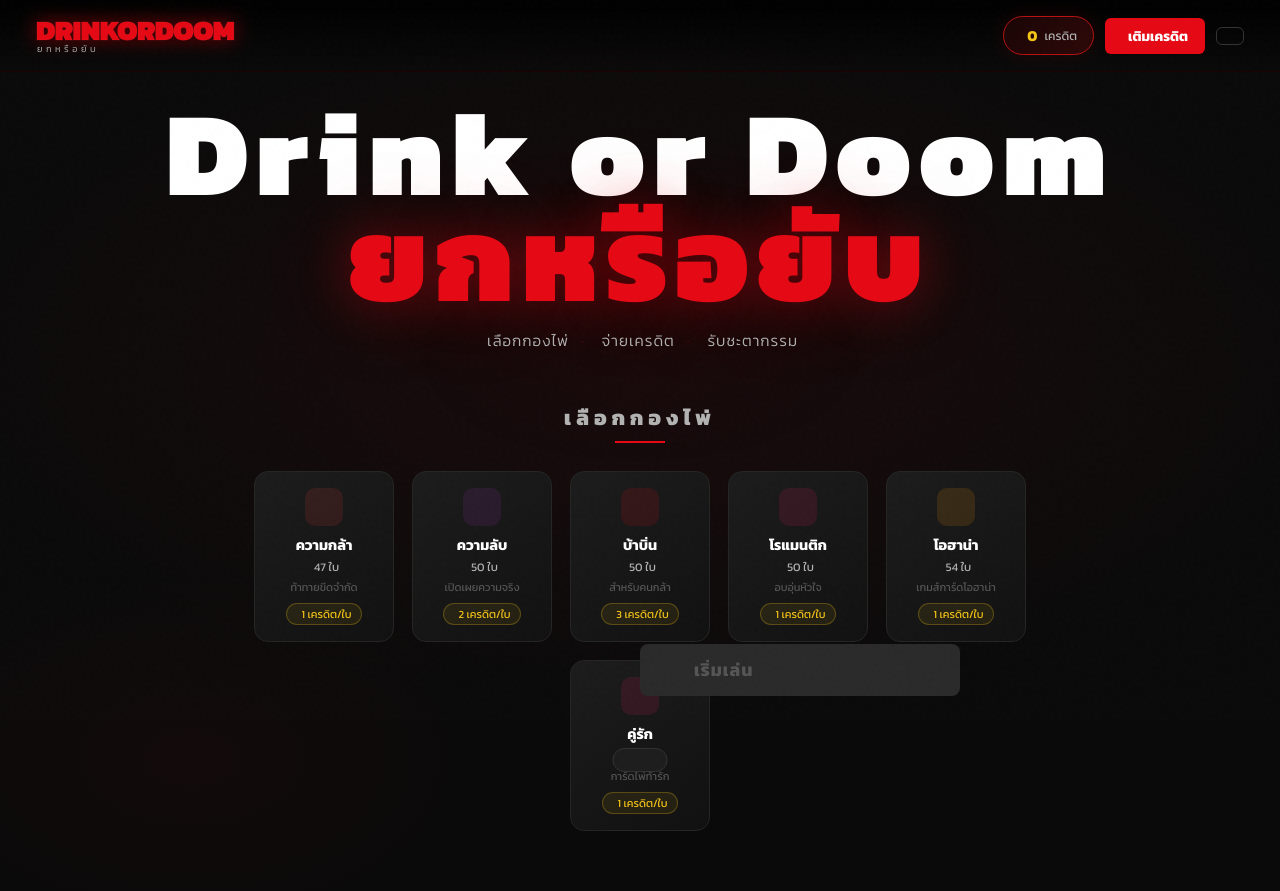
Repository: nuthiokhaw99/Drink-or-Doom.github.io
Page: index.html
An editor plug-in stored every save of this project. The page is shown before and after the next save, followed by the edit.
The browser window is 1280 px wide. The pictures show the whole page.
Some icons come from a web library that is not loaded, so they are not drawn.

Above is the page before, as saved 2026-03-25 00:44:48.

### index.html
<!DOCTYPE html>
<html lang="th">
<head>
<meta charset="UTF-8">
<meta name="viewport" content="width=device-width, initial-scale=1.0">
<title>DEALSHOT — ไพ่วงเหล้า</title>

<!-- Fonts -->
<link href="https://fonts.googleapis.com/css2?family=Kanit:ital,wght@0,300;0,400;0,600;0,700;0,800;0,900;1,400&display=swap" rel="stylesheet">

<!-- Flaticon Uicons -->
<link rel="stylesheet" href="https://cdn-uicons.flaticon.com/2.6.0/uicons-solid-rounded/css/uicons-solid-rounded.css">
<link rel="stylesheet" href="https://cdn-uicons.flaticon.com/2.6.0/uicons-regular-rounded/css/uicons-regular-rounded.css">
<link rel="stylesheet" href="https://cdn-uicons.flaticon.com/2.6.0/uicons-brands/css/uicons-brands.css">

<!-- Styles -->
<link rel="stylesheet" href="css/main.css">
<link rel="stylesheet" href="css/components.css">
<link rel="stylesheet" href="css/admin.css">
</head>
<body>

<header class="hdr">
  <div class="logo" onclick="goHome()">
    <div class="logo-wordmark">
      <span class="logo-main">DRINKORDOOM</span>
      <span class="logo-sub">ยกหรือยับ</span>
    </div>
  </div>
  <div class="hdr-r">
    <div class="credit-pill" onclick="openTopup()">
      <i class="fi fi-sr-coins" style="color:var(--gold);font-size:.95rem;"></i>
      <span class="amt" id="cr-disp">0</span>
      <span class="lbl">เครดิต</span>
    </div>
    <button class="btn-topup" onclick="openTopup()">
      <i class="fi fi-sr-plus"></i><span class="lbl-txt">เติมเครดิต</span>
    </button>
        <button class="btn-ghost" id="btn-admin" onclick="showAdmin()">
        <i class="fi fi-sr-tools"></i>
        </button>
  </div>
</header>

<!-- ============ HOME SCREEN ============ -->
<div id="home-screen">
  <section class="hero">
    <div class="big-title"><div>Drink or Doom</div><div class="r">ยกหรือยับ</div></div>
    <p class="hero-sub">
      <span class="chip"><i class="fi fi-sr-layers" style="color:var(--red);font-size:.85rem;"></i> เลือกกองไพ่</span>
      <span class="sep">·</span>
      <span class="chip"><i class="fi fi-sr-coins" style="color:var(--gold);font-size:.85rem;"></i> จ่ายเครดิต</span>
      <span class="sep">·</span>
      <span class="chip"><i class="fi fi-sr-bolt" style="color:var(--red);font-size:.85rem;"></i> รับชะตากรรม</span>
    </p>
    <p class="sec-label">เลือกกองไพ่</p>
    <div class="deck-grid-wrap">
      <div class="deck-grid" id="deck-grid"></div>
      <button class="btn-play" id="btn-play" onclick="startGame()" disabled>
        <i class="fi fi-sr-play"></i> เริ่มเล่น
      </button>
    </div>
  </section>
</div>

<!-- ============ GAME SCREEN ============ -->
<div id="game-screen">
  <div class="game-hdr">
    <div style="display:flex;align-items:center;gap:14px;">
      <button class="btn-ghost" onclick="goHome()"><i class="fi fi-sr-angle-left"></i> กลับ</button>
      <div class="g-deck-info">
        <div class="g-deck-ico" id="g-ico-wrap"><i id="g-ico" class="fi fi-sr-flame"></i></div>
        <div>
          <div class="g-nm" id="g-nm"></div>
          <div class="g-rm"><i class="fi fi-rr-copy" style="font-size:.7rem;opacity:.5;"></i><span id="g-rm"></span></div>
        </div>
      </div>
    </div>
    <div style="display:flex;align-items:center;gap:10px;">
      <!-- โหมด toggle -->
      <div class="layout-toggle">
        <button class="lt-btn act" id="lt-scatter" onclick="setLayout('scatter')" title="กระจายเละ">
          <i class="fi fi-sr-shuffle"></i>
        </button>
        <button class="lt-btn" id="lt-stack" onclick="setLayout('stack')" title="เรียงตับ">
          <i class="fi fi-sr-layers"></i>
        </button>
      </div>
      <div class="g-layout-label" id="g-layout-label">แบบกระจาย</div>
    </div>
  </div>
  <div class="table-area">
    <div class="cards-wrap" id="cards-wrap"></div>
    <div class="cost-hint">
      <i class="fi fi-rr-cursor" style="opacity:.6;"></i>
      แตะการ์ดเพื่อเปิด · ใช้ <span class="hl" id="cost-show">1</span> เครดิต/ใบ
    </div>
  </div>
</div>

<!-- ============ ADMIN SCREEN ============ -->
<div id="admin-screen">
  <div class="adm-hdr">
    <div>
      <div class="adm-ttl"><i class="fi fi-sr-settings-sliders" style="color:var(--red);"></i> <span class="r">ADMIN</span> PANEL</div>
      <div class="adm-sub">จัดการไพ่และกองไพ่ทั้งหมด</div>
    </div>
    <button class="btn-ghost" onclick="goHome()"><i class="fi fi-sr-home"></i> หน้าหลัก</button>
  </div>
  <div class="tabs">
    <button class="tab act" onclick="switchTab('decks',0)"><i class="fi fi-sr-layers"></i> กองไพ่</button>
    <button class="tab" onclick="switchTab('cards',1)"><i class="fi fi-sr-pencil"></i> แก้ไขไพ่</button>
    <button class="tab" onclick="switchTab('settings',2)"><i class="fi fi-sr-settings"></i> ตั้งค่า</button>
    <button class="tab" onclick="switchTab('sheet',3)"><i class="fi fi-sr-table"></i> Spreadsheet</button>
  </div>

  <!-- Tab: Decks -->
  <div class="tab-content act" id="tc-decks">
    <div class="deck-list-adm" id="adm-deck-list"></div>
    <button class="btn-add" onclick="openDeckForm()"><i class="fi fi-sr-plus"></i> เพิ่มกองไพ่ใหม่</button>
  </div>

  <!-- Tab: Cards -->
  <div class="tab-content" id="tc-cards">
    <div style="display:flex;align-items:center;gap:10px;margin-bottom:16px;">
      <label style="color:var(--text2);font-size:.85rem;display:flex;align-items:center;gap:6px;">
        <i class="fi fi-sr-layers"></i> กองไพ่:
      </label>
      <select class="fc" id="adm-deck-sel" style="width:200px" onchange="loadCE()"></select>
    </div>
    <div class="card-editor-box">
      <h3 id="ce-title"><i class="fi fi-sr-layers" style="color:var(--red);"></i> เลือกกองไพ่ก่อน</h3>
      <div class="card-list-ed" id="card-list-ed"></div>
      <button class="btn-add-card" onclick="addCRow()"><i class="fi fi-sr-plus"></i> เพิ่มไพ่</button>
    </div>
    <div style="display:flex;justify-content:flex-end;margin-top:14px;">
      <button class="btn-save" onclick="saveCards()"><i class="fi fi-sr-disk"></i> บันทึก</button>
    </div>
  </div>

  <!-- Tab: Settings -->
  <div class="tab-content" id="tc-settings">
    <div class="sheet-sec">
      <h3><i class="fi fi-sr-settings" style="color:var(--red);"></i> ตั้งค่าระบบ</h3>
      <p>กำหนดเครดิตเริ่มต้นและชื่อเว็บ</p>
      <div class="fg"><label><i class="fi fi-sr-coins"></i> เครดิตเริ่มต้น (ทดสอบ)</label><input type="number" class="fc" id="st-cr" value="10"></div>
      <div class="fg"><label><i class="fi fi-sr-tag"></i> ชื่อเว็บ</label><input type="text" class="fc" id="st-nm" value="DEALSHOT"></div>
      <div class="fg">
        <label><i class="fi fi-sr-flask"></i> โหมดทดสอบ</label>
        <select class="fc" id="st-test"><option value="1">เปิด</option><option value="0">ปิด</option></select>
      </div>
      <button class="btn-save" onclick="saveSettings()"><i class="fi fi-sr-disk"></i> บันทึก</button>
    </div>
  </div>

  <!-- Tab: Spreadsheet -->
  <div class="tab-content" id="tc-sheet">
    <div class="sheet-sec">
      <h3><i class="fi fi-brands-google" style="color:var(--red);"></i> เชื่อม Google Spreadsheet</h3>
      <p>ใส่ URL ของ Google Sheets (Share → Anyone with link can view)</p>
      <div class="sheet-row">
        <input type="text" class="sh-inp" id="sheet-url" placeholder="https://docs.google.com/spreadsheets/d/...">
        <button class="btn-conn" onclick="connectSheet()"><i class="fi fi-sr-link"></i> เชื่อมต่อ</button>
      </div>
      <div style="margin-top:16px;padding:14px;background:#1a1a1a;border-radius:8px;font-size:.8rem;color:var(--text2);line-height:2;">
        <strong style="color:#fff;display:flex;align-items:center;gap:6px;margin-bottom:4px;">
          <i class="fi fi-sr-info" style="color:var(--red);"></i> รูปแบบ Sheet ที่รองรับ:
        </strong>
        Sheet 1: <code style="color:var(--gold);">decks</code> — id | name | icon | theme | cost_per_card | description<br>
        Sheet 2: <code style="color:var(--gold);">cards</code> — deck_id | category | text
      </div>
    </div>
    <div class="sheet-sec">
      <h3><i class="fi fi-sr-database" style="color:var(--red);"></i> Export / Import</h3>
      <p>สำรองหรือนำเข้าข้อมูลไพ่ทั้งหมด</p>
      <div style="display:flex;gap:10px;flex-wrap:wrap;">
        <button class="btn-conn" onclick="exportData()"><i class="fi fi-sr-download"></i> Export JSON</button>
        <button class="btn-conn ghost" onclick="importData()"><i class="fi fi-sr-upload"></i> Import JSON</button>
        <button class="btn-conn ghost" onclick="resetData()"><i class="fi fi-sr-rotate-left"></i> รีเซ็ต</button>
      </div>
      <input type="file" id="imp-file" accept=".json" style="display:none" onchange="handleImport(event)">
    </div>
  </div>
</div>

<!-- ============ RESULT MODAL ============ -->
<div class="overlay" id="res-overlay">
  <div class="res-card">
    <div class="res-deck-lbl" id="res-dlbl"></div>
    <div class="res-ico-wrap" id="res-ico-wrap"><i id="res-ico" class="fi fi-sr-flame"></i></div>
    <div class="res-cat" id="res-cat"></div>
    <div class="res-txt" id="res-txt"></div>
    <div class="res-acts">
      <button class="btn-close-r" onclick="closeRes()"><i class="fi fi-sr-cross"></i> ปิด</button>
      <button class="btn-next" onclick="closeRes()">ไพ่ใบต่อไป <i class="fi fi-sr-arrow-right"></i></button>
    </div>
  </div>
</div>

<!-- ============ TOP-UP MODAL ============ -->
<div class="overlay" id="topup-overlay">
  <div class="modal-box">
    <button class="modal-x" onclick="closeTopup()"><i class="fi fi-sr-cross"></i></button>
    <div class="modal-ttl"><i class="fi fi-sr-coins" style="color:var(--gold);"></i> เติม<span class="r">เครดิต</span></div>
    <div class="modal-sub">เลือกแพ็กเกจที่ต้องการ</div>
    <div class="topup-grid">
      <div class="topup-opt" onclick="selPkg(this,10)">
        <div class="coins"><i class="fi fi-sr-coins"></i> 10</div><div class="price">฿29</div>
      </div>
      <div class="topup-opt" onclick="selPkg(this,30)">
        <div class="coins"><i class="fi fi-sr-coins"></i> 30</div><div class="price">฿79</div>
        <div class="bonus"><i class="fi fi-sr-plus"></i> +5 โบนัส</div>
      </div>
      <div class="topup-opt" onclick="selPkg(this,60)">
        <div class="coins"><i class="fi fi-sr-coins"></i> 60</div><div class="price">฿149</div>
        <div class="bonus"><i class="fi fi-sr-plus"></i> +15 โบนัส</div>
      </div>
      <div class="topup-opt" onclick="selPkg(this,150)">
        <div class="coins"><i class="fi fi-sr-coins"></i> 150</div><div class="price">฿349</div>
        <div class="bonus"><i class="fi fi-sr-star"></i> +50 โบนัส</div>
      </div>
    </div>
    <div class="coming-banner">
      <strong><i class="fi fi-sr-triangle-warning"></i> ระบบชำระเงินกำลังพัฒนา</strong>
      <span style="font-size:.75rem;">กด "รับฟรี" ด้านล่างเพื่อทดสอบ</span>
    </div>
    <button class="btn-free" onclick="freeCredit()"><i class="fi fi-sr-gift"></i> รับฟรี 10 เครดิต (ทดสอบ)</button>
  </div>
</div>

<!-- ============ DECK FORM MODAL ============ -->
<div class="form-overlay" id="deck-form-ov">
  <div class="form-box">
    <button class="form-x" onclick="closeDeckForm()"><i class="fi fi-sr-cross"></i></button>
    <h3 id="df-title"><i class="fi fi-sr-layers" style="color:var(--red);"></i> เพิ่มกองไพ่ใหม่</h3>
    <div class="fg"><label><i class="fi fi-sr-tag"></i> ชื่อกองไพ่</label><input class="fc" id="df-name" placeholder="เช่น ความกล้า"></div>
    <div class="fg">
      <label><i class="fi fi-sr-apps"></i> Flaticon Uicons (เช่น fi-sr-flame)</label>
      <input class="fc" id="df-icon" placeholder="fi-sr-flame">
    </div>
    <div class="fg">
      <label><i class="fi fi-sr-palette"></i> ธีมสี</label>
      <select class="fc" id="df-theme">
        <option value="fire">ไฟ — แดง</option>
        <option value="magic">เวทมนตร์ — ม่วง</option>
        <option value="skull">กะโหลก — แดงเข้ม</option>
        <option value="heart">หัวใจ — ชมพู</option>
        <option value="star">ดาว — ทอง</option>
        <option value="bolt">ฟ้าผ่า — ส้ม</option>
        <option value="default">ค่าเริ่มต้น — เทา</option>
      </select>
    </div>
    <div class="fg"><label><i class="fi fi-sr-align-left"></i> คำอธิบาย</label><input class="fc" id="df-desc" placeholder="คำอธิบายสั้นๆ"></div>
    <div class="fg"><label><i class="fi fi-sr-coins"></i> ค่าเครดิต/ใบ</label><input class="fc" type="number" id="df-cost" value="1" min="0"></div>
    <div class="form-acts">
      <button class="btn-cancel" onclick="closeDeckForm()"><i class="fi fi-sr-cross"></i> ยกเลิก</button>
      <button class="btn-save" onclick="saveDeck()"><i class="fi fi-sr-disk"></i> บันทึก</button>
    </div>
  </div>
</div>

<!-- ============ TOAST ============ -->
<div class="toast" id="toast">
  <i id="toast-ico" class="fi fi-sr-check-circle" style="color:#4caf50;"></i>
  <span id="toast-msg"></span>
</div>

<!-- ============ SCRIPTS ============ -->
<!-- โหลด db.js ก่อน เพราะไฟล์อื่นใช้ DB -->
<script src="js/db.js"></script>
<script src="js/admin-keys.js"></script>
<script src="js/payment.js"></script>
<script src="js/api.js"></script>
<script src="js/components.js"></script>
<script src="js/admin.js"></script>
<script src="js/app.js"></script>
</body>
</html>

### css/main.css
/* =========================================
   main.css — Base styles, variables, layout
   ========================================= */

:root {
  --bg: #0a0a0a;
  --bg2: #111;
  --bg3: #1a1a1a;
  --red: #e50914;
  --red2: #b81213;
  --red3: #ff1a24;
  --gold: #f5c518;
  --text: #fff;
  --text2: #b3b3b3;
  --text3: #555;
  --glow: rgba(229, 9, 20, 0.35);
}

* { margin: 0; padding: 0; box-sizing: border-box; }

body {
  background: var(--bg);
  color: var(--text);
  font-family: "Kanit", sans-serif;
  min-height: 100vh;
  overflow-x: hidden;
}

/* Grain overlay */
body::before {
  content: "";
  position: fixed;
  inset: 0;
  background-image: url("data:[embedded picture, 298 characters]");
  pointer-events: none;
  z-index: 9998;
  opacity: .35;
}

/* ---- DECK ICON COLOR THEMES ---- */
.th-fire    { background: rgba(229,57,53,.13);  color: #ef5350; }
.th-magic   { background: rgba(156,39,176,.13);  color: #ce93d8; }
.th-skull   { background: rgba(229,9,20,.13);    color: var(--red); }
.th-heart   { background: rgba(233,30,99,.13);   color: #f06292; }
.th-star    { background: rgba(245,197,24,.13);  color: var(--gold); }
.th-bolt    { background: rgba(255,152,0,.13);   color: #ffa726; }
.th-default { background: rgba(255,255,255,.06); color: var(--text2); }

/* ---- HEADER ---- */
.hdr {
  display: flex; align-items: center; justify-content: space-between;
  padding: 16px 36px;
  position: fixed; top: 0; left: 0; right: 0; z-index: 200;
  background: linear-gradient(180deg, rgba(0,0,0,.96) 0%, transparent 100%);
  border-bottom: 1px solid rgba(229,9,20,.12);
}
.logo {
  display: flex; align-items: center;
  cursor: pointer; text-decoration: none;
  user-select: none;
}

/* Netflix-style wordmark */
.logo-wordmark {
  display: flex;
  flex-direction: column;
  line-height: 1;
  gap: 1px;
}

.logo-main {
  font-family: "Kanit", sans-serif;
  font-weight: 900;
  font-size: 1.75rem;
  color: var(--red);
  letter-spacing: -0.5px;   /* Netflix แน่น ไม่ห่าง */
  text-transform: uppercase;
  /* เงา glow แบบ Netflix */
  text-shadow:
    0 0 20px rgba(229,9,20,.6),
    0 2px 4px rgba(0,0,0,.8);
  /* ขอบบางๆ ให้ดู solid */
  -webkit-text-stroke: 0.5px rgba(255,60,60,.3);
  transition: text-shadow .2s;
}

.logo-sub {
  font-family: "Kanit", sans-serif;
  font-weight: 300;
  font-size: .58rem;
  color: var(--text2);
  letter-spacing: 3.5px;
  text-transform: uppercase;
  padding-left: 1px;
}

.logo:hover .logo-main {
  text-shadow:
    0 0 30px rgba(229,9,20,.9),
    0 0 60px rgba(229,9,20,.4),
    0 2px 4px rgba(0,0,0,.8);
}

/* ลบ class เก่าที่ไม่ใช้แล้ว */
.logo-ico { display: none; }
.logo-txt { display: none; }
.hdr-r { display: flex; align-items: center; gap: 11px; }

/* ---- CREDIT PILL ---- */
.credit-pill {
  display: flex; align-items: center; gap: 7px;
  background: linear-gradient(135deg, #1a0505, #2d0808);
  border: 1px solid var(--red2); border-radius: 30px;
  padding: 7px 16px; cursor: pointer; transition: .2s;
  box-shadow: 0 0 18px rgba(229,9,20,.12);
}
.credit-pill:hover { border-color: var(--red); box-shadow: 0 0 24px var(--glow); }
.credit-pill .amt  { color: var(--gold); font-weight: 700; font-size: .95rem; }
.credit-pill .lbl  { color: var(--text2); font-size: .75rem; }

/* ---- BUTTONS ---- */
.btn-topup {
  background: var(--red); color: #fff; border: none;
  padding: 8px 17px; border-radius: 6px;
  font-family: "Kanit", sans-serif; font-weight: 700; font-size: .85rem;
  cursor: pointer; transition: .2s;
  display: flex; align-items: center; gap: 6px;
  white-space: nowrap;   /* เพิ่ม — ไม่ตัดบรรทัด */
  flex-shrink: 0;        /* เพิ่ม — ไม่ให้หด */
}
.btn-topup:hover { background: var(--red3); transform: translateY(-1px); box-shadow: 0 4px 18px var(--glow); }

.btn-ghost {
  background: transparent; color: var(--text2); border: 1px solid #333;
  padding: 8px 13px; border-radius: 6px;
  font-family: "Kanit", sans-serif; font-size: .82rem;
  cursor: pointer; transition: .2s;
  display: flex; align-items: center; gap: 6px;
}
.btn-ghost:hover { border-color: var(--text2); color: #fff; }

/* ---- HERO ---- */
.hero {
  min-height: 100vh; display: flex; flex-direction: column;
  align-items: center; justify-content: center;
  padding: 100px 20px 60px; position: relative;
}
.hero::before {
  content: ""; position: absolute; inset: 0;
  background:
    radial-gradient(ellipse 80% 55% at 50% 40%, rgba(229,9,20,.07) 0%, transparent 70%),
    radial-gradient(ellipse 40% 35% at 15% 85%, rgba(229,9,20,.04) 0%, transparent 60%);
}
.big-title {
  font-family: "Kanit", sans-serif; font-weight: 900;
  font-size: clamp(3.5rem, 10vw, 7.5rem);
  letter-spacing: 8px; text-align: center; line-height: .88; position: relative; z-index: 1;
}
.big-title .r { color: var(--red); text-shadow: 0 0 50px var(--glow), 0 0 100px rgba(229,9,20,.2); }
.hero-sub {
  color: var(--text2); font-size: .95rem; font-weight: 300; letter-spacing: 1px;
  margin: 18px 0 50px; position: relative; z-index: 1;
  display: flex; align-items: center; gap: 12px; flex-wrap: wrap; justify-content: center;
}
.hero-sub .chip { display: flex; align-items: center; gap: 5px; }
.hero-sub .sep  { color: var(--red); opacity: .4; }
.sec-label {
  font-family: "Kanit", sans-serif; font-weight: 800; font-size: 1.3rem;
  letter-spacing: 5px; color: var(--text2); text-align: center;
  margin-bottom: 28px; position: relative; z-index: 1;
}
.sec-label::after { content: ""; display: block; width: 50px; height: 2px; background: var(--red); margin: 8px auto 0; }

/* ---- DECK GRID ---- */
.deck-grid {
  display: flex; flex-wrap: wrap; gap: 18px; justify-content: center;
  position: relative; z-index: 1; max-width: 900px;
}
.deck-card {
  background: linear-gradient(145deg, #1c1c1c, #111);
  border: 1px solid #252525; border-radius: 14px;
  padding: 16px 18px;        /* ลดจาก 24px 28px */
  cursor: pointer;
  transition: all .3s cubic-bezier(.23,1,.32,1);
  position: relative; overflow: hidden;
  min-width: 140px;          /* ลดจาก 188px */
  text-align: center;
}
.deck-card::before {
  content: ""; position: absolute; top: 0; left: 0; right: 0; height: 2px;
  background: linear-gradient(90deg, transparent, var(--red), transparent);
  opacity: 0; transition: opacity .3s;
}
.deck-card:hover             { border-color: var(--red2); transform: translateY(-5px); box-shadow: 0 18px 44px rgba(229,9,20,.18); }
.deck-card:hover::before,
.deck-card.sel::before       { opacity: 1; }
.deck-card.sel               { border-color: var(--red); box-shadow: 0 0 28px var(--glow); background: linear-gradient(145deg, #1f0505, #130303); }
.d-ico-wrap {
  width: 38px; height: 38px;  /* ลดจาก 50px */
  border-radius: 10px;
  display: flex; align-items: center; justify-content: center;
  margin: 0 auto 8px;         /* ลดจาก 12px */
  font-size: 1.1rem;          /* ลดจาก 1.5rem */
}

.d-name { font-weight: 700; font-size: .9rem; margin-bottom: 2px; }  /* ลดจาก 1.05rem */
.d-cnt  { color: var(--text2); font-size: .72rem; display: flex; align-items: center; gap: 5px; justify-content: center; margin-top: 2px; }
.d-desc { color: var(--text3); font-size: .68rem; margin-top: 3px; }
.d-cost { display: inline-flex; align-items: center; gap: 5px; background: rgba(245,197,24,.08); border: 1px solid rgba(245,197,24,.25); border-radius: 20px; padding: 2px 9px; font-size: .68rem; color: var(--gold); margin-top: 8px; }
.btn-play {
  background: var(--red); color: #fff; border: none;
  padding: 13px 44px; border-radius: 8px;
  font-family: "Kanit", sans-serif; font-weight: 700; font-size: 1.1rem;
  cursor: pointer; margin-top: 0;   /* ลดจาก 40px */
  letter-spacing: 1px; transition: .25s;
  position: fixed; z-index: 100;
  box-shadow: 0 4px 28px var(--glow);
  display: inline-flex; align-items: center; gap: 10px;

  width: min(320px, 80vw);
  bottom: 24px;
  left: 50%;
  transform: translateX(-50%);
}
.btn-play:hover    { background: var(--red3); transform: translateY(-2px); box-shadow: 0 8px 40px var(--glow); }
.btn-play:disabled { background: #2a2a2a; color: #555; cursor: not-allowed; box-shadow: none; transform: none; }

/* ---- TOAST ---- */
.toast {
  position: fixed; bottom: 28px; left: 50%;
  transform: translateX(-50%) translateY(80px);
  background: #1e1e1e; border: 1px solid #333; border-radius: 30px;
  padding: 11px 22px; font-size: .88rem; z-index: 1000;
  transition: transform .3s; pointer-events: none;
  display: flex; align-items: center; gap: 9px;
}
.toast.show { transform: translateX(-50%) translateY(0); }

/* ---- SPARKLE ---- */
.spk {
  position: fixed; pointer-events: none; z-index: 9000;
  width: 5px; height: 5px; border-radius: 50%;
  animation: spk-a .75s ease-out forwards;
}
@keyframes spk-a {
  0%   { transform: scale(1); opacity: 1; }
  100% { transform: scale(0) translate(var(--tx), var(--ty)); opacity: 0; }
}

/* ---- RESPONSIVE ---- */
@media (max-width: 580px) {
  .hdr        { padding: 13px 16px; }
  .big-title  { font-size: 3rem; }
  /* .btn-topup .lbl-txt { display: none; } */
}

html, body {
  overflow-x: hidden;
  max-width: 100%;
}

.deck-grid-wrap {
  display: flex;
  flex-direction: column;
  align-items: center;
  gap: 20px;
  position: relative;
  z-index: 1;
}

body.in-game {
  overflow: hidden;
  position: fixed;
  width: 100%;
  height: 100%;
}

Loaded but not shown: js/db.js (373 lines, source omitted); js/app.js (479 lines, source omitted); js/components.js (333 lines, source omitted); js/admin.js (227 lines, source omitted); js/api.js (80 lines, source omitted); js/payment.js (64 lines, source omitted); js/admin-keys.js (25 lines, source omitted); css/components.css (361 lines, source omitted); css/admin.css (153 lines, source omitted)

After the next save:
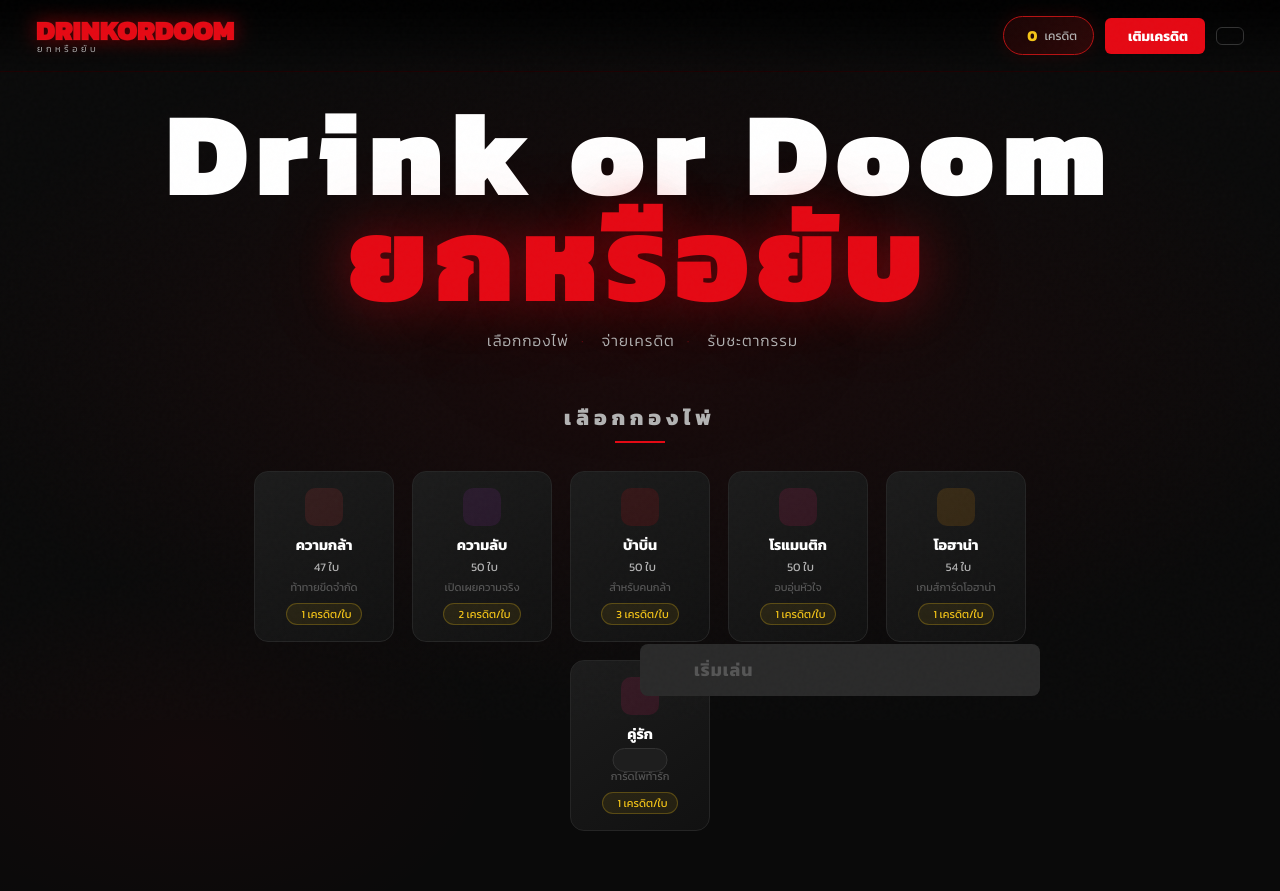
Saved 18 s later.
--- a/css/main.css
+++ b/css/main.css
@@ -217,7 +217,7 @@
   box-shadow: 0 4px 28px var(--glow);
   display: inline-flex; align-items: center; gap: 10px;
 
-  width: min(320px, 80vw);
+  width: min(400px, calc(100vw - 48px));
   bottom: 24px;
   left: 50%;
   transform: translateX(-50%);
